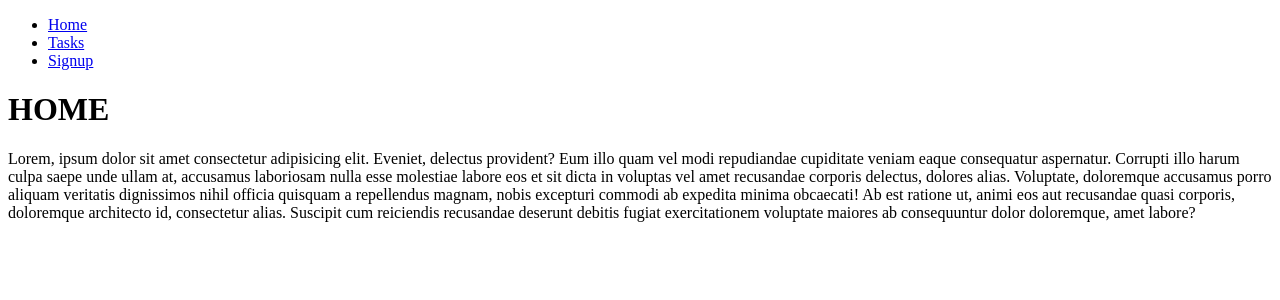
Repository: Andres250602/auth.django
Page: http://localhost/
These files come from the project's save history. The page is drawn as it stood at one moment and after the next save; the edit follows.
The browser window is 1280 px wide. The pictures show the whole page.
The page is served by the project's application, run on Django 5.2 (manage.py).

Above is the page before, as saved 2024-04-11 09:50:34.

After the next save:
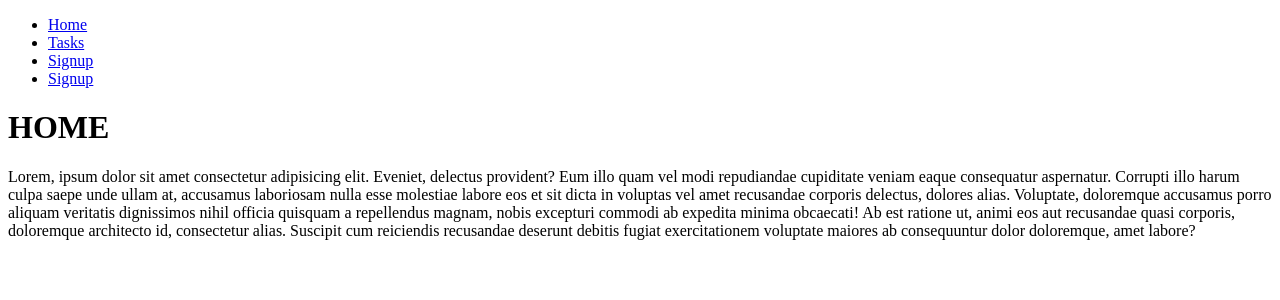
Saved 3 min 15 s later.
--- a/myapp/templates/base.html
+++ b/myapp/templates/base.html
@@ -21,6 +21,10 @@
             <li>
                 <a href="/logout">logout</a>
             </li>
+            {% else %}
+            <li>
+                <a href="/signup">Signup</a>
+            </li>
             {% endif %}
 
 
